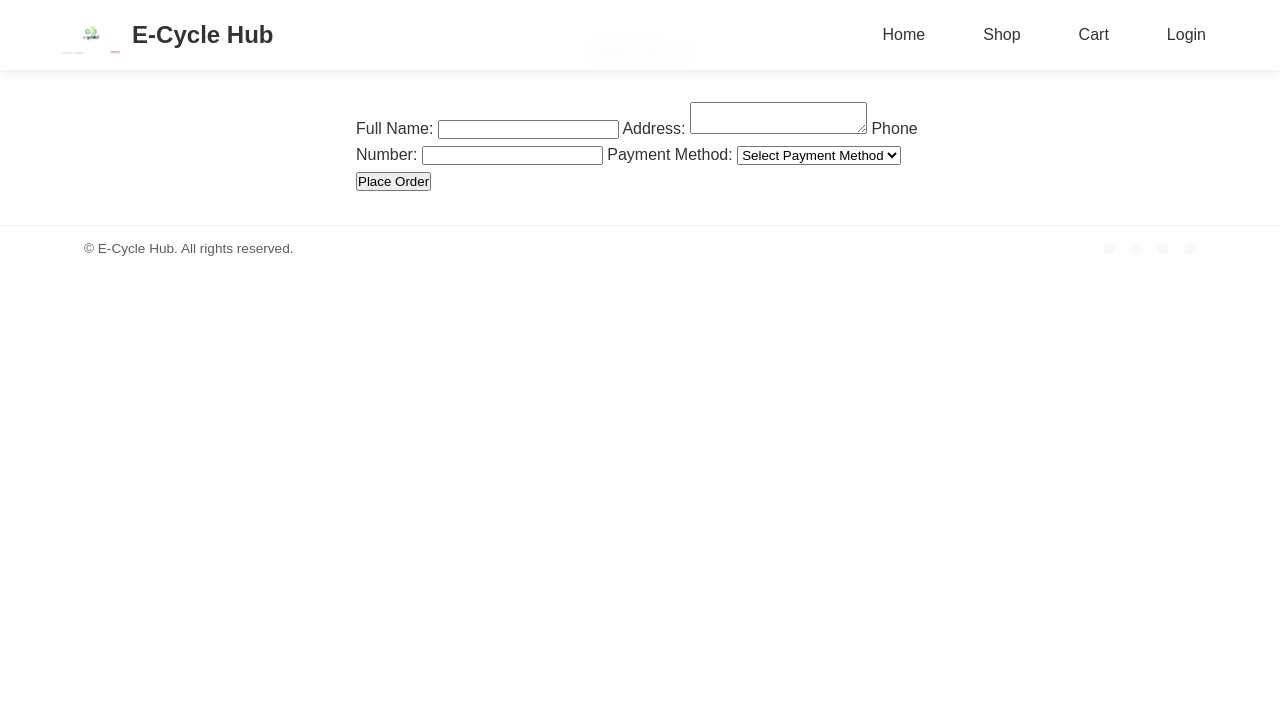
Repository: Rutuja-g/E-Cycle-Hub
Page: public/checkout.html
An editor plug-in stored every save of this project. The page is shown before and after the next save, followed by the edit.
The browser window is 1280 px wide. The pictures show the whole page.

Above is the page before, as saved 2025-10-24 16:58:12.
Console error: TypeError: Cannot set properties of null (setting 'innerHTML')

### public/checkout.html
<!DOCTYPE html>
<html lang="en">
  <head>
    <meta charset="UTF-8" />
    <meta name="viewport" content="width=device-width, initial-scale=1.0" />
    <title>Checkout - E-Cycle Hub</title>
    <link rel="icon" href="favicon.ico" type="image/x-icon" />
    <link rel="stylesheet" href="css/reset.css" />
    <link rel="stylesheet" href="css/variables.css" />
    <link rel="stylesheet" href="css/main.css" />
  </head>
  <body>
    <header>
      <div id="header"></div>
    </header>

    <main>
      <section class="checkout">
        <h1>Checkout</h1>
        <div id="order-summary">
          <!-- Order summary will be inserted here -->
        </div>
        <form id="checkout-form">
          <label for="name">Full Name:</label>
          <input type="text" id="name" name="name" required />
          <div id="nameError" class="error"></div>

          <label for="address">Address:</label>
          <textarea id="address" name="address" required></textarea>
          <div id="addressError" class="error"></div>

          <label for="phone">Phone Number:</label>
          <input type="tel" id="phone" name="phone" required />
          <div id="phoneError" class="error"></div>

          <label for="payment">Payment Method:</label>
          <select id="payment" name="payment" required>
            <option value="">Select Payment Method</option>
            <option value="cod">Cash on Delivery</option>
            <option value="card">Credit/Debit Card</option>
          </select>
          <div id="paymentError" class="error"></div>

          <button type="submit">Place Order</button>
        </form>
      </section>
    </main>

    <footer>
      <div id="footer"></div>
    </footer>

    <script src="js/components.js"></script>
    <script src="js/checkout.js"></script>
  </body>
</html>

### public/css/reset.css
html
/* CSS Reset */
* {
    margin: 0;
    padding: 0;
    box-sizing: border-box;
}

html, body {
    height: 100%;
    font-family: Arial, sans-serif;
}

img {
    max-width: 100%;
    height: auto;
}

a {
    text-decoration: none;
    color: inherit;
}

ul {
    list-style: none;
}

button {
    cursor: pointer;
}

### public/css/variables.css
:root {
  --primary-color: #007bff; /* Electric Blue */
  --secondary-color: #0056b3; /* Darker Blue for hover */
  --background-color: #ffffff; /* White */
  --text-color: #333333; /* Dark Gray */
  --muted: #6c757d; /* Muted text */
  --font-family: "Poppins", sans-serif; /* Modern Font */
  --font-size-base: 16px; /* Base Font Size */
  --font-size-large: 1.25rem; /* Large Font Size */
  --font-size-small: 0.875rem; /* Small Font Size */
  --border-radius: 10px; /* Rounded Corners */
  --box-shadow: 0 4px 8px rgba(0, 0, 0, 0.1); /* Subtle Box Shadow */
  --box-shadow-hover: 0 6px 12px rgba(0, 0, 0, 0.15); /* Hover Shadow */
  --transition: all 0.3s ease; /* Smooth Transitions */
}

### public/css/main.css
/* Main styles for E-Cycle Hub */

/* Reset some default styles */
body {
  margin: 0;
  font-family: var(--font-family);
  line-height: 1.6;
  color: var(--text-color);
  background-color: var(--background-color);
}

h1,
h2,
h3,
h4,
h5,
h6 {
  margin: 0;
  color: var(--text-color);
  font-weight: 600;
}

a {
  text-decoration: none;
  color: var(--primary-color);
  transition: var(--transition);
}

a:hover {
  color: var(--secondary-color);
}

/* Layout styles */
.container {
  width: 90%;
  max-width: 1200px;
  margin: auto;
}

/* Navbar styles */
.navbar {
  background: rgba(255, 255, 255, 0.95);
  backdrop-filter: blur(10px);
  border-bottom: 1px solid rgba(0, 0, 0, 0.05);
  box-shadow: 0 2px 10px rgba(0, 0, 0, 0.08);
  position: fixed;
  top: 0;
  left: 0;
  right: 0;
  z-index: 1000;
}

.nav-container {
  max-width: 1200px;
  margin: 0 auto;
  padding: 0 20px;
  display: flex;
  justify-content: space-between;
  align-items: center;
  height: 70px;
}

.logo a {
  font-size: 1.5em;
  font-weight: bold;
  display: flex;
  align-items: center;
  gap: 10px;
  color: var(--text-color);
  text-decoration: none;
}

.logo img {
  height: 40px;
  width: auto;
}

.nav-links {
  list-style: none;
  display: flex;
  gap: 30px;
  margin: 0;
  padding: 0;
}

.nav-links li {
  position: relative;
}

.nav-link {
  color: var(--text-color);
  text-decoration: none;
  padding: 10px 14px;
  border-radius: 20px;
  transition: all 0.3s ease;
  font-weight: 500;
  position: relative;
}

.nav-link:hover,
.nav-link.active {
  background: rgba(0, 123, 255, 0.1);
  color: var(--primary-color);
  transform: translateY(-1px);
  box-shadow: 0 4px 12px rgba(0, 123, 255, 0.15);
}

.nav-toggle {
  display: none;
  flex-direction: column;
  cursor: pointer;
  gap: 4px;
}

.nav-toggle span {
  width: 25px;
  height: 3px;
  background: var(--text-color);
  transition: 0.3s;
}

.main-content {
  padding: 80px 0 20px;
}

/* Hero section styles */
.hero {
  position: relative;
  display: flex;
  align-items: center;
  justify-content: center;
  min-height: 400px;
  overflow: hidden;
}

.hero-banner {
  position: absolute;
  top: 0;
  left: 0;
  width: 100%;
  height: 100%;
  object-fit: cover;
  z-index: -1;
}

.hero-content {
  text-align: center;
  color: white;
  background: rgba(0, 0, 0, 0.5);
  padding: 20px;
  border-radius: 8px;
}

.hero h1 {
  font-size: 2.5em;
  margin-bottom: 10px;
}

.hero p {
  font-size: 1.2em;
  margin-bottom: 20px;
}

.btn {
  display: inline-block;
  padding: 12px 24px;
  background: var(--primary-color);
  color: white;
  border-radius: var(--border-radius);
  transition: var(--transition);
  font-weight: 500;
  border: none;
  cursor: pointer;
}

.btn:hover {
  background: var(--secondary-color);
  transform: translateY(-2px);
  box-shadow: var(--box-shadow-hover);
}

.btn.ghost {
  background: transparent;
  color: var(--primary-color);
  border: 1px solid var(--primary-color);
}

.btn.ghost:hover {
  background: var(--primary-color);
  color: white;
}

/* Responsive styles */
@media (max-width: 768px) {
  .container {
    width: 95%;
  }

  .header,
  .footer {
    padding: 15px 0;
  }

  .hero {
    min-height: 300px;
  }

  .hero h1 {
    font-size: 2em;
  }

  .hero p {
    font-size: 1em;
  }

  .product-search {
    flex-direction: column;
    align-items: center;
  }

  .product-search input,
  .product-search select {
    width: 100%;
    max-width: 300px;
  }

  /* Footer responsive */
  .footer-content {
    flex-direction: column;
    gap: 8px;
    text-align: center;
  }

  .social-icons {
    justify-content: center;
    gap: 12px;
  }

  .main-content {
    padding: 70px 0 20px;
  }
}

@media (max-width: 480px) {
  .hero {
    flex-direction: column;
    text-align: center;
  }

  .hero-content {
    padding: 15px;
  }

  .hero h1 {
    font-size: 1.8em;
  }

  .hero p {
    font-size: 0.9em;
  }

  /* Navbar responsive */
  .nav-toggle {
    display: flex;
  }

  .nav-links {
    position: absolute;
    top: 100%;
    left: 0;
    width: 100%;
    background: rgba(255, 255, 255, 0.98);
    backdrop-filter: blur(10px);
    border-top: 1px solid rgba(0, 0, 0, 0.05);
    flex-direction: column;
    padding: 15px 0;
    box-shadow: 0 4px 20px rgba(0, 0, 0, 0.1);
    display: none;
  }

  .nav-links.active {
    display: flex;
  }

  .nav-link {
    padding: 12px 20px;
    border-radius: 0;
    border-bottom: 1px solid rgba(0, 0, 0, 0.03);
  }

  .nav-link:hover,
  .nav-link.active {
    background: rgba(0, 123, 255, 0.05);
    color: var(--primary-color);
    border-bottom: 1px solid rgba(0, 123, 255, 0.1);
  }

  /* Grid responsive */
  .grid--featured,
  .grid--shop,
  .product-list {
    grid-template-columns: repeat(auto-fit, minmax(250px, 1fr));
    gap: 20px;
  }

  .main-content {
    padding: 60px 0 20px;
  }
}

/* Product card styles (updated for .card class used by main.js) */
.card {
  border: 1px solid rgba(0, 0, 0, 0.08);
  border-radius: 12px;
  padding: 20px;
  text-align: center;
  background: var(--background-color);
  box-shadow: 0 2px 12px rgba(0, 0, 0, 0.08);
  transition: all 0.3s ease;
  display: flex;
  flex-direction: column;
  height: 100%;
}

.card:hover {
  transform: translateY(-8px);
  box-shadow: 0 8px 25px rgba(0, 0, 0, 0.12);
}

.card img {
  max-width: 100%;
  height: 200px;
  object-fit: contain;
  border-radius: 8px;
  margin-bottom: 15px;
  background-color: #f8f9fa;
  transition: transform 0.3s ease;
}

.card:hover img {
  transform: scale(1.05);
}

.card .card-body {
  flex: 1;
  display: flex;
  flex-direction: column;
  justify-content: space-between;
}

.card .card-title {
  margin: 0 0 10px 0;
  font-size: 1.2em;
  line-height: 1.3;
}

.card .price {
  color: var(--primary-color);
  font-weight: 700;
  font-size: 1.25em;
  margin-bottom: 15px;
}

.card .btn {
  margin-top: auto;
  align-self: center;
  transition: all 0.3s ease;
}

.card .btn:hover {
  transform: translateY(-2px);
  box-shadow: 0 4px 15px rgba(0, 123, 255, 0.3);
}

/* Product search styles */
.product-search {
  display: flex;
  gap: 16px;
  margin-bottom: 30px;
  justify-content: center;
  flex-wrap: wrap;
}

.product-search input,
.product-search select {
  padding: 12px 16px;
  border: 1px solid rgba(0, 0, 0, 0.1);
  border-radius: 8px;
  font-size: 1em;
  background-color: #fff;
  transition: all 0.3s ease;
  min-width: 200px;
  box-shadow: 0 1px 3px rgba(0, 0, 0, 0.05);
}

.product-search input:focus,
.product-search select:focus {
  outline: none;
  border-color: var(--primary-color);
  box-shadow: 0 0 0 3px rgba(0, 123, 255, 0.1);
  transform: translateY(-1px);
}

/* Products controls (used by main.js for search/filter) */
.products-controls {
  margin: 1rem 0;
}

.controls-inner {
  display: flex;
  gap: 0.75rem;
  flex-wrap: wrap;
  align-items: center;
  justify-content: center;
}

.search-input {
  flex: 1;
  min-width: 180px;
  padding: 0.55rem 0.75rem;
  border-radius: 8px;
  border: 1px solid rgba(15, 23, 42, 0.06);
  background-color: #fff;
  font-size: 1em;
  transition: all 0.3s ease;
  box-shadow: 0 1px 3px rgba(0, 0, 0, 0.05);
}

.search-input:focus {
  outline: none;
  border-color: var(--primary-color);
  box-shadow: 0 0 0 3px rgba(0, 123, 255, 0.1);
  transform: translateY(-1px);
}

.filter-select {
  padding: 0.55rem 0.6rem;
  border-radius: 8px;
  border: 1px solid rgba(15, 23, 42, 0.06);
  background-color: #fff;
  font-size: 1em;
  transition: all 0.3s ease;
  box-shadow: 0 1px 3px rgba(0, 0, 0, 0.05);
}

.filter-select:focus {
  outline: none;
  border-color: var(--primary-color);
  box-shadow: 0 0 0 3px rgba(0, 123, 255, 0.1);
  transform: translateY(-1px);
}

/* Featured products grid */
.grid--featured,
.grid--shop,
.product-list {
  display: grid;
  grid-template-columns: repeat(auto-fit, minmax(280px, 1fr));
  gap: 24px;
  padding: 30px 0;
  justify-items: center;
}

/* Cart styles */
.cart-item {
  display: flex;
  justify-content: space-between;
  padding: 16px 0;
  border-bottom: 1px solid #e9ecef;
}

.cart-item img {
  width: 50px;
  height: auto;
}

.cart-total {
  font-weight: bold;
  font-size: 1.2em;
}

/* Checkout styles */
.checkout-form {
  display: flex;
  flex-direction: column;
  gap: 16px;
}

.checkout-form input,
.checkout-form button {
  margin: 0;
  padding: 12px;
  border: 1px solid #e9ecef;
  border-radius: var(--border-radius);
  font-family: var(--font-family);
}

.checkout-form button {
  background: var(--primary-color);
  color: white;
  cursor: pointer;
  transition: var(--transition);
}

.checkout-form button:hover {
  background: var(--secondary-color);
}

/* Product details styles */
.product-details {
  max-width: 1200px;
  margin: 0 auto;
  padding: 20px;
  display: flex;
  flex-direction: column;
  gap: 20px;
}

.back-link {
  color: var(--primary-color, #4caf50);
  font-weight: bold;
  margin-bottom: 20px;
  display: inline-block;
}

.back-link:hover {
  color: var(--link-hover-color, #388e3c);
}

.product-image {
  flex: 1;
  max-width: 600px;
  margin: 0 auto;
}

.product-image img {
  width: 100%;
  height: auto;
  border-radius: 8px;
  box-shadow: 0 4px 10px rgba(0, 0, 0, 0.1);
}

.product-info {
  flex: 1;
  padding: 24px;
  background: var(--background-color);
  border-radius: var(--border-radius);
  box-shadow: var(--box-shadow);
}

.product-info h1 {
  font-size: 2em;
  margin-bottom: 10px;
}

.product-price {
  font-size: 1.5em;
  color: var(--primary-color);
  font-weight: 600;
  margin-bottom: 24px;
}

.product-info p {
  line-height: 1.6;
  margin-bottom: 20px;
}

.product-info .btn {
  margin-top: 20px;
}

/* Responsive for product details */
@media (max-width: 768px) {
  .product-details {
    flex-direction: column;
  }

  .product-image,
  .product-info {
    flex: none;
    width: 100%;
  }

  .product-info {
    padding: 15px;
  }

  .product-info h1 {
    font-size: 1.8em;
  }

  .product-price {
    font-size: 1.3em;
  }
}

/* Footer styles */
.footer {
  background: rgba(255, 255, 255, 0.95);
  backdrop-filter: blur(10px);
  border-top: 1px solid rgba(0, 0, 0, 0.05);
  color: var(--text-color);
  padding: 12px 0;
  margin-top: auto;
}

.footer-content {
  display: flex;
  justify-content: space-between;
  align-items: center;
  max-width: 1200px;
  margin: 0 auto;
  padding: 0 20px;
}

.footer-content p {
  margin: 0;
  color: var(--text-color);
  font-size: 0.85em;
  opacity: 0.8;
}

.social-icons {
  display: flex;
  gap: 15px;
}

.social-icons a {
  color: var(--text-color);
  font-size: 1.1em;
  transition: all 0.3s ease;
  padding: 6px;
  border-radius: 50%;
  background: rgba(0, 0, 0, 0.03);
  opacity: 0.7;
}

.social-icons a:hover {
  color: var(--primary-color);
  background: rgba(0, 123, 255, 0.08);
  transform: translateY(-1px);
  box-shadow: 0 3px 10px rgba(0, 123, 255, 0.15);
  opacity: 1;
}

/* Add error styles */
.error {
  color: red;
  font-size: 0.9em;
  margin-top: 5px;
  display: none;
}

/* Success popup styles */
.success-popup {
  position: fixed;
  top: 0;
  left: 0;
  width: 100%;
  height: 100%;
  background-color: rgba(0, 0, 0, 0.5);
  display: flex;
  justify-content: center;
  align-items: center;
  z-index: 1000;
}

.popup-content {
  background-color: var(--background-color);
  padding: 24px;
  border-radius: var(--border-radius);
  text-align: center;
  box-shadow: var(--box-shadow);
}

.popup-content h3 {
  margin-bottom: 10px;
  color: var(--primary-color);
}

.popup-content button {
  background-color: var(--primary-color);
  color: white;
  border: none;
  padding: 12px 24px;
  border-radius: var(--border-radius);
  cursor: pointer;
  margin-top: 16px;
  transition: var(--transition);
}

.popup-content button:hover {
  background-color: var(--secondary-color);
}

/* Cart page styles */
.cart-page main {
  padding: 2rem 0;
  max-width: var(--max-width);
  margin: 0 auto;
  width: calc(100% - 2rem);
}

.cart-wrap {
  display: grid;
  grid-template-columns: 1fr 320px;
  gap: 1.25rem;
  align-items: start;
}

.cart-list {
  background: var(--card);
  border: 1px solid rgba(15, 23, 42, 0.08);
  border-radius: 12px;
  padding: 1rem;
  box-shadow: 0 6px 18px rgba(2, 6, 23, 0.04);
}

.cart-item {
  display: flex;
  gap: 0.75rem;
  align-items: center;
  padding: 0.6rem 0;
  border-bottom: 1px solid rgba(15, 23, 42, 0.04);
}

.cart-item:last-child {
  border-bottom: 0;
}

.cart-item img {
  width: 92px;
  height: 64px;
  object-fit: cover;
  border-radius: 8px;
}

.item-meta {
  flex: 1;
  min-width: 0;
}

.item-meta h4 {
  margin: 0 0 0.25rem;
  font-size: 0.98rem;
  font-weight: 600;
}

.item-meta p {
  margin: 0;
  color: var(--muted);
  font-size: 0.92rem;
}

.qty-controls {
  display: flex;
  align-items: center;
  gap: 0.4rem;
}

.qty-controls button {
  padding: 0.25rem 0.5rem;
  border-radius: 8px;
  border: 1px solid rgba(15, 23, 42, 0.06);
  background: #fff;
  cursor: pointer;
  transition: all 0.3s ease;
  font-weight: 500;
}

.qty-controls button:hover {
  background: var(--primary-color);
  color: white;
  transform: translateY(-1px);
  box-shadow: 0 2px 8px rgba(0, 123, 255, 0.2);
}

.remove-btn {
  background: transparent;
  border: 0;
  color: var(--muted);
  cursor: pointer;
  font-size: 0.9rem;
  transition: all 0.3s ease;
}

.remove-btn:hover {
  color: #dc3545;
  transform: scale(1.1);
}

.cart-summary {
  background: var(--card);
  border: 1px solid rgba(15, 23, 42, 0.08);
  border-radius: 12px;
  padding: 1rem;
  box-shadow: 0 6px 18px rgba(2, 6, 23, 0.04);
  height: fit-content;
}

.total-row {
  display: flex;
  justify-content: space-between;
  align-items: center;
  margin: 1rem 0;
  font-weight: 700;
  font-size: 1.1rem;
  color: var(--primary-color);
}

.cart-empty {
  text-align: center;
  padding: 2rem 1rem;
  color: var(--muted);
}

.cart-notify {
  display: none;
  margin-top: 0.75rem;
  color: var(--primary-color);
  font-weight: 700;
}

.checkout-btn {
  width: 100%;
  background: var(--primary-color);
  color: white;
  border: none;
  padding: 0.75rem 1rem;
  border-radius: 8px;
  font-weight: 700;
  font-size: 1.1rem;
  cursor: pointer;
  transition: all 0.3s ease;
  box-shadow: 0 2px 8px rgba(0, 123, 255, 0.2);
}

.checkout-btn:hover {
  background: var(--secondary-color);
  transform: translateY(-2px);
  box-shadow: 0 4px 15px rgba(0, 123, 255, 0.3);
}

@media (max-width: 900px) {
  .cart-wrap {
    grid-template-columns: 1fr;
  }
}

/* Checkout page styles */
.checkout {
  max-width: 600px;
  margin: 0 auto;
  padding: 2rem 1rem;
}

.checkout h1 {
  text-align: center;
  margin-bottom: 2rem;
  color: var(--text-color);
}

.order-summary {
  background: var(--card);
  border: 1px solid rgba(15, 23, 42, 0.08);
  border-radius: 12px;
  padding: 1.5rem;
  margin-bottom: 2rem;
  box-shadow: 0 4px 12px rgba(2, 6, 23, 0.04);
}

.order-summary h2 {
  margin-top: 0;
  margin-bottom: 1rem;
  font-size: 1.25rem;
  color: var(--text-color);
}

.order-item {
  display: flex;
  justify-content: space-between;
  align-items: center;
  padding: 0.5rem 0;
  border-bottom: 1px solid rgba(15, 23, 42, 0.04);
}

.order-item:last-child {
  border-bottom: 0;
}

.order-item p {
  margin: 0;
  font-size: 1rem;
  color: var(--text-color);
}

.order-total {
  font-weight: 700;
  font-size: 1.2rem;
  color: var(--primary-color);
  margin-top: 1rem;
  text-align: right;
}

.checkout-form {
  background: var(--card);
  border: 1px solid rgba(15, 23, 42, 0.08);
  border-radius: 12px;
  padding: 1.5rem;
  box-shadow: 0 4px 12px rgba(2, 6, 23, 0.04);
}

.checkout-form label {
  display: block;
  margin-bottom: 0.5rem;
  font-weight: 600;
  color: var(--text-color);
}

.checkout-form input,
.checkout-form textarea,
.checkout-form select {
  width: 100%;
  padding: 0.75rem;
  border: 1px solid rgba(15, 23, 42, 0.08);
  border-radius: 8px;
  font-size: 1rem;
  background: #fff;
  transition: all 0.3s ease;
  box-sizing: border-box;
}

.checkout-form input:focus,
.checkout-form textarea:focus,
.checkout-form select:focus {
  outline: none;
  border-color: var(--primary-color);
  box-shadow: 0 0 0 3px rgba(0, 123, 255, 0.1);
}

.checkout-form textarea {
  resize: vertical;
  min-height: 80px;
}

.checkout-form button {
  width: 100%;
  background: var(--primary-color);
  color: white;
  border: none;
  padding: 0.75rem 1rem;
  border-radius: 8px;
  font-weight: 700;
  font-size: 1.1rem;
  cursor: pointer;
  transition: all 0.3s ease;
  margin-top: 1rem;
  box-shadow: 0 2px 8px rgba(0, 123, 255, 0.2);
}

.checkout-form button:hover {
  background: var(--secondary-color);
  transform: translateY(-2px);
  box-shadow: 0 4px 15px rgba(0, 123, 255, 0.3);
}

### public/js/components.js
// components.js - Dynamic loading of header and footer components

(function () {
  // Load component into element
  async function loadComponent(componentPath, targetElement) {
    try {
      const response = await fetch(componentPath);
      if (!response.ok) {
        throw new Error(`Failed to load ${componentPath}: ${response.status}`);
      }
      const html = await response.text();
      targetElement.innerHTML = html;
    } catch (error) {
      console.error(`Error loading component ${componentPath}:`, error);
      targetElement.innerHTML = "<p>Error loading component</p>";
    }
  }

  // Load header and footer on page load
  document.addEventListener("DOMContentLoaded", function () {
    const headerElement = document.getElementById("header");
    const footerElement = document.getElementById("footer");

    if (headerElement) {
      loadComponent("components/header.html", headerElement);
    }

    if (footerElement) {
      loadComponent("components/footer.html", footerElement);
    }
  });
})();

### public/components/header.html
<nav class="navbar">
  <div class="nav-container">
    <div class="logo">
      <a href="index.html">
        <img src="assets/images/logo.jpg" alt="E-Cycle Hub Logo" />
        <span>E-Cycle Hub</span>
      </a>
    </div>
    <div class="nav-toggle" id="navToggle">
      <span></span>
      <span></span>
      <span></span>
    </div>
    <ul class="nav-links" id="navLinks">
      <li><a href="index.html" class="nav-link">Home</a></li>
      <li><a href="shop.html" class="nav-link">Shop</a></li>
      <li><a href="cart.html" class="nav-link">Cart</a></li>
      <li><a href="login.html" class="nav-link">Login</a></li>
    </ul>
  </div>
</nav>

### public/components/footer.html
<footer class="footer">
  <div class="container">
    <div class="footer-content">
      <p>&copy; <span id="year"></span> E-Cycle Hub. All rights reserved.</p>
      <div class="social-icons">
        <a href="#" aria-label="Facebook"><i class="fab fa-facebook-f"></i></a>
        <a href="#" aria-label="Twitter"><i class="fab fa-twitter"></i></a>
        <a href="#" aria-label="Instagram"><i class="fab fa-instagram"></i></a>
        <a href="#" aria-label="YouTube"><i class="fab fa-youtube"></i></a>
      </div>
    </div>
  </div>
</footer>

Loaded but not shown: public/js/checkout.js (152 lines, source omitted)

After the next save:
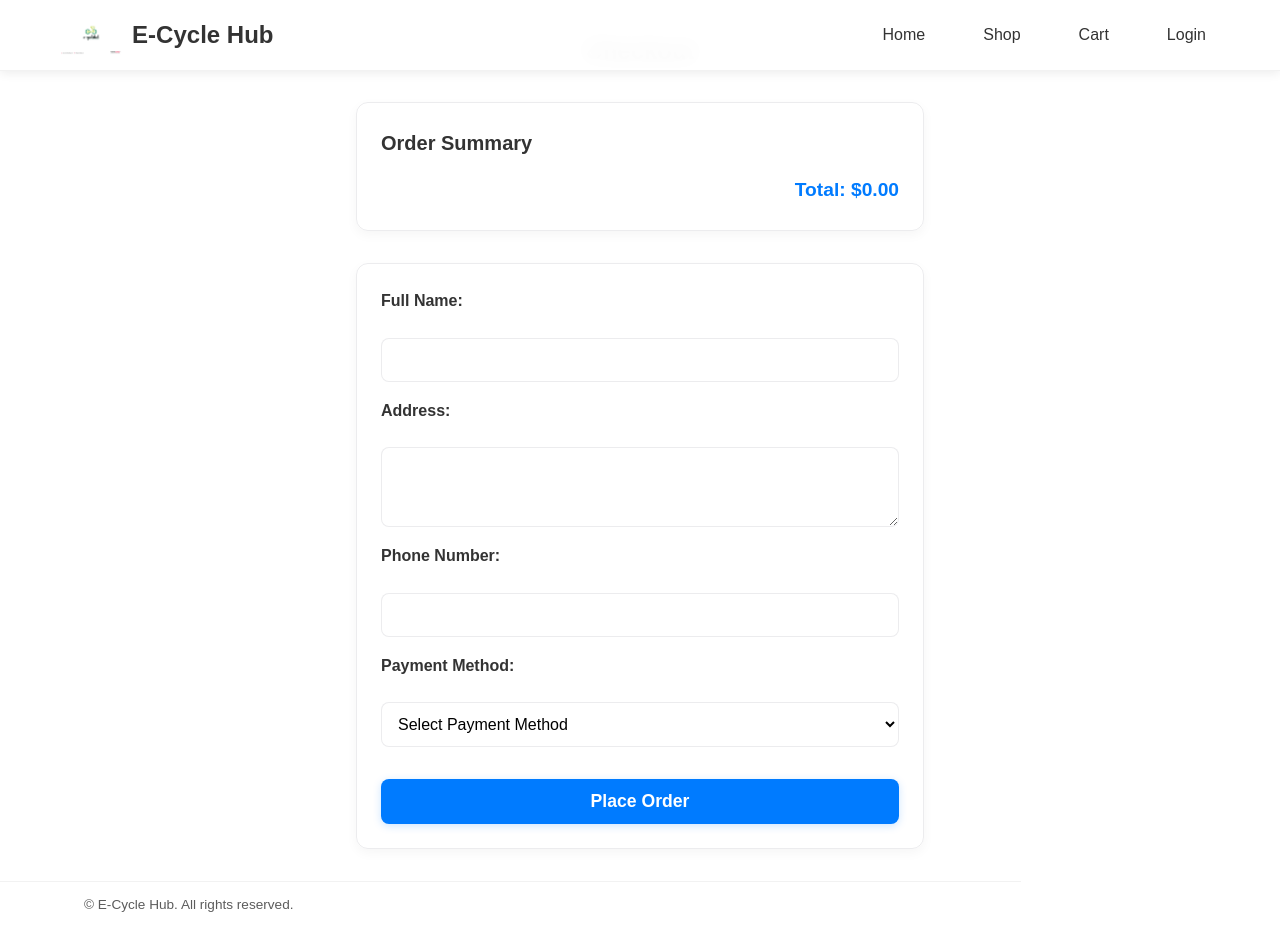
The error is gone.
Saved 12 s later.
--- a/public/checkout.html
+++ b/public/checkout.html
@@ -17,10 +17,16 @@
     <main>
       <section class="checkout">
         <h1>Checkout</h1>
-        <div id="order-summary">
-          <!-- Order summary will be inserted here -->
+        <div id="order-summary" class="order-summary">
+          <h2>Order Summary</h2>
+          <div id="order-items">
+            <!-- Order items will be inserted here -->
+          </div>
+          <div class="order-total">
+            <strong>Total: $<span id="total-price">0.00</span></strong>
+          </div>
         </div>
-        <form id="checkout-form">
+        <form id="checkout-form" class="checkout-form">
           <label for="name">Full Name:</label>
           <input type="text" id="name" name="name" required />
           <div id="nameError" class="error"></div>
